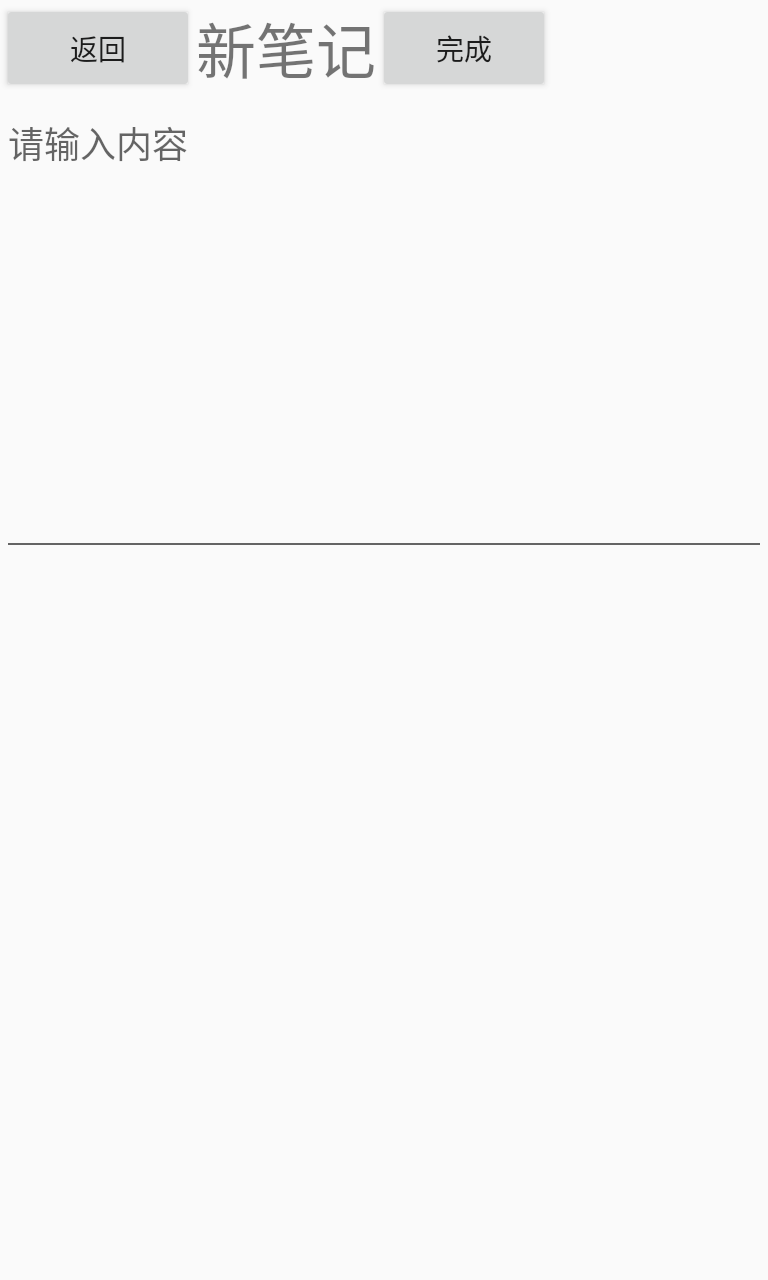
Repository: mxfpaul/Test
Layout: Note/MyNote2/res/layout/newnote.xml
These files come from the project's save history. The layout is drawn as it stood at one moment and after the next save; the edit follows.
It is drawn on a 768 x 1280 px phone screen (xhdpi) without system bars, with theme AppTheme; the app's code is not run.

Above is the layout before, as saved 2014-11-22 03:03:24.

### Note/MyNote2/res/layout/newnote.xml
<?xml version="1.0" encoding="utf-8"?>
<TableLayout xmlns:android="http://schemas.android.com/apk/res/android"
    android:layout_width="match_parent"
    android:layout_height="wrap_content"
    android:orientation="vertical" >

    <TableRow
        android:id="@+id/new_row1"
        android:layout_width="match_parent"
        android:layout_height="wrap_content"
         >

        <Button
            android:id="@+id/new_button_setting"
            android:text="@string/new_button_text1" />

        <TextView
            android:id="@+id/new_textview_all"
            android:layout_width="wrap_content"
            android:layout_gravity="center"
            android:text="@string/new_textview_text"
            android:textSize="30sp" />

        <Button
            android:id="@+id/new_button_new"
            android:text="@string/new_button_text2" />
		<!--
        <TextView
            android:id="@+id/new_textview_all"
            android:layout_gravity="center"

            android:text="@string/new_textview_text"
            android:textSize="30sp" />

        <Button
            android:id="@+id/new_button_new"

            android:text="@string/new_button_text2" />
            -->
    </TableRow>

    <TableRow
        android:id="@+id/new_row2"
        android:layout_width="match_parent" >

        <EditText
            android:id="@+id/new_edittext_content"
            android:layout_width="match_parent"
            android:layout_height="wrap_content"
            android:layout_weight="1"
            android:gravity="top"
            android:hint="@string/new_edittext_text"
            android:lines="10" />
    </TableRow>

</TableLayout>

### Note/MyNote2/res/values/strings.xml
<?xml version="1.0" encoding="utf-8"?>
<resources>

    <string name="app_name">MyNote2</string>
    <string name="hello_world">Hello world!</string>
    <string name="action_settings">Settings</string>
    <string name="home_button_text1">设置</string>
    <string name="home_button_text2">新建</string>
    <string name="home_textview_text">全部笔记</string>
    <string name="new_button_text1">返回</string>
    <string name="new_button_text2">完成</string>
    <string name="new_textview_text">新笔记</string>
    <string name="view_button_text1">返回</string>
    <string name="view_button_text2">更改</string>
    <string name="view_textview_text">待录入</string>
    <string name="new_edittext_text">请输入内容</string>

</resources>

Loaded but not shown: Note/MyNote2/res/values/styles.xml (common file); Note/MyNote2/res/values-v11/styles.xml (common file); Note/MyNote2/res/values-v14/styles.xml (common file)

After the next save:
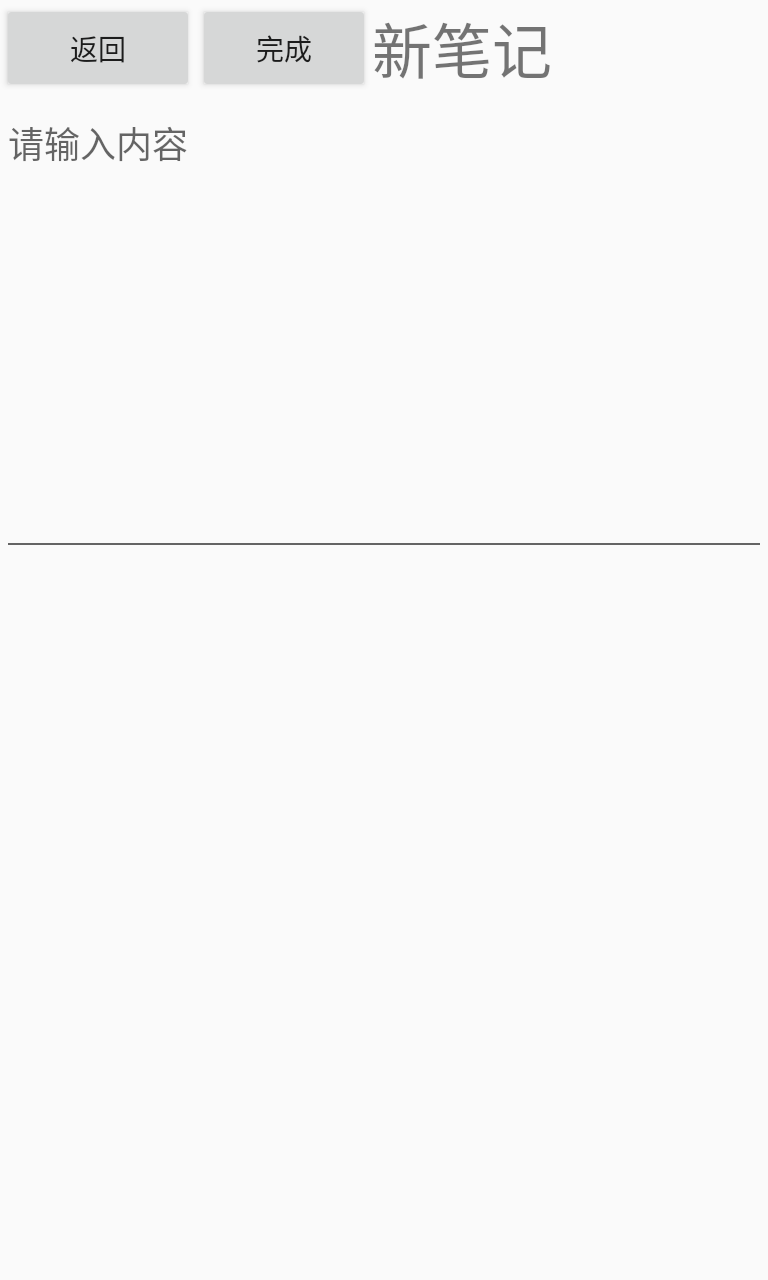
Saved 14 s later.
--- a/Note/MyNote2/res/layout/newnote.xml
+++ b/Note/MyNote2/res/layout/newnote.xml
@@ -14,16 +14,18 @@
             android:id="@+id/new_button_setting"
             android:text="@string/new_button_text1" />
 
+
+
+        <Button
+            android:id="@+id/new_button_new"
+            android:text="@string/new_button_text2" />
+
         <TextView
             android:id="@+id/new_textview_all"
             android:layout_width="wrap_content"
             android:layout_gravity="center"
             android:text="@string/new_textview_text"
             android:textSize="30sp" />
-
-        <Button
-            android:id="@+id/new_button_new"
-            android:text="@string/new_button_text2" />
 		<!--
         <TextView
             android:id="@+id/new_textview_all"
